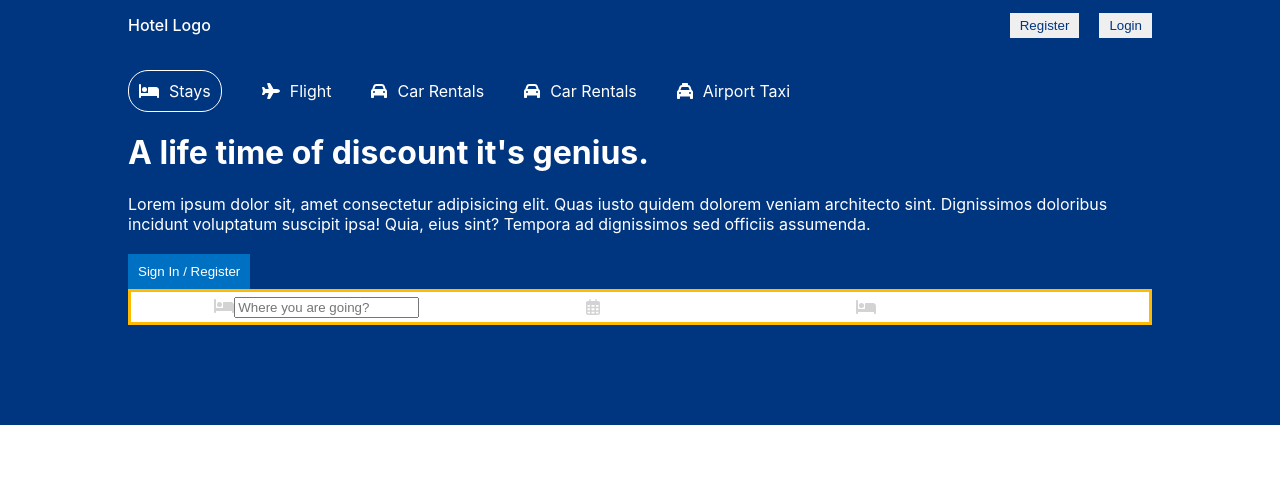
Repository: shikubro90/Booking-App
Page: /
An editor plug-in stored every save of this project. The page is shown before and after a run of saves, followed by the edit.
The browser window is 1280 px wide. The pictures show the whole page.
The project was rebuilt for these pictures with package versions that can differ from the ones it lists, and the page was loaded fresh each time. Also part of the build but not shown: src/App.css, src/pages/Hotels/Hotels.jsx. Imported but missing from the stored project, and not drawn on this page: src/pages/List/List.

Above is the page before, as saved 2022-06-29 00:25:14.

### src/App.js
import './App.css';
import {
  BrowserRouter,
  Routes,
  Route,
} from "react-router-dom";

import Home from './pages/Home/Home';
import List from './pages/List/List';
import Hotels from './pages/Hotels/Hotels';

function App() {
  return (
    <BrowserRouter>
      <Routes>
        <Route path='/' element={<Home/>}/>
        <Route path='hotels' element={<List/>}/>
        <Route path='hotels/:id' element={<Hotels/>}/>
      </Routes>
    </BrowserRouter>
  );
}

export default App;

### src/pages/Home/Home.jsx
import React from 'react';
import Header from '../../components/Header/Header';
import Navbar from '../../components/Navbar/Navbar';

const Home = () => {
    return (
        <div>
            <Navbar/>
            <Header/>
        </div>
    );
};

export default Home;

### src/components/Header/Header.jsx
import { faCalendarDays } from '@fortawesome/free-regular-svg-icons';
import { faBed, faCar, faPlane, faTaxi } from '@fortawesome/free-solid-svg-icons';
import { FontAwesomeIcon } from '@fortawesome/react-fontawesome';
import './Header.css';

const Header = () => {
    return (
        <div className="header">
            <div className="headerContainer">
                <div className="headerList">
                    <div className="headerListItem active">
                        <FontAwesomeIcon icon={faBed} />
                        <span>Stays</span>
                    </div>
                    <div className="headerListItem">
                        <FontAwesomeIcon icon={faPlane} />
                        <span>Flight</span>
                    </div>
                    <div className="headerListItem">
                        <FontAwesomeIcon icon={faCar} />
                        <span>Car Rentals</span>
                    </div>
                    <div className="headerListItem">
                        <FontAwesomeIcon icon={faCar} />
                        <span>Car Rentals</span>
                    </div>
                    <div className="headerListItem">
                        <FontAwesomeIcon icon={faTaxi} />
                        <span>Airport Taxi</span>
                    </div>
                </div>
                {/* End headerListing */}

                <h1 className="headerTitle">
                    A life time of discount it's genius.
                </h1>
                <div className="headerDescription">
                    Lorem ipsum dolor sit, amet consectetur adipisicing elit. Quas iusto quidem dolorem veniam architecto sint. Dignissimos doloribus incidunt voluptatum suscipit ipsa! Quia, eius sint? Tempora ad dignissimos sed officiis assumenda.
                </div>
                <button className='headerButton'>Sign In / Register</button>

                <div className="headerSearch">
                    <div className="headerSearchItem">
                        <FontAwesomeIcon icon={faBed} className="headerIcon" />
                        <input type="text" placeholder='Where you are going?' className='headerSearchInput' />
                    </div>
                    {/* headerSearchItem */}
                    <div className="headerSearchItem">
                        <FontAwesomeIcon icon={faCalendarDays} className="headerIcon" />
                        <span className='headerSearchText'>date to date</span>
                    </div>
                    {/* headerSearchItem */}
                    <div className="headerSearchItem">
                        <FontAwesomeIcon icon={faBed} className="headerIcon" />
                        <span className='headerSearchText'>2 adults 2 children 1room </span>
                    </div>
                    {/* headerSearchItem */}
                </div>
                {/* HeaderSearch */}

            </div>
            {/* End headerContainer */}
        </div>
        // End header
    );
};

export default Header;

### src/components/Navbar/Navbar.jsx
import  './Navbar.css';

const Navbar = () => {
    return (
        <div className='navbar'>
            <div className="navContainer">
                <span className="logo">
                    Hotel Logo
                </span>
                {/* End Logo */}

                <div className="navItems">
                    <button className='navButton'>Register</button>
                    <button className='navButton'>Login</button>
                </div>
            </div>
            {/* End navContainer */}
        </div>
        // End Navbar
    );
};

export default Navbar;

### src/components/Header/Header.css
.header{
    background: #003580;
    color: white;
    display: flex;
    justify-content: center;
}

.headerContainer{
    width: 100%;
    max-width: 1024px;
    margin: 20px 0 100px 0;
}

.headerList{
    display: flex;
    gap: 40px;
    margin-bottom: 20px;
}

.headerListItem{
    display: flex;
    align-items: center;
    gap: 10px;
}

.headerListItem.active{
    border: 1px solid white;
    padding: 10px;
    border-radius: 20px;
}

.headerDescription{
    margin: 20px 0px;
}

.headerButton{
    background: #0071c2;
    color: white;
    border: none;
    padding: 10px;
}

.headerSearch{
    background: white;
    height: 30px;
    border: 3px solid #febb02;
    display: flex;
    align-items: center;
    justify-content: space-around;
}

.headerIcon{
    color: lightgray;
}

### src/components/Navbar/Navbar.css
.navbar{
    height: 50px;
    background-color: #003580;
    display: flex;
    justify-content: center;
}

.navContainer{
    width: 100%;
    max-width: 1024px;
    color: white;
    display: flex;
    align-items: center;
    justify-content: space-between;
}

.logo{
    font-weight: 500;
}

.navButton{
    margin-left: 20px;
    border: none;
    padding: 5px 10px;
    color: #003580;
    cursor: pointer;
}

Loaded but not shown: public/index.html (common file); src/index.js (common file); src/index.css (common file); src/reportWebVitals.js (common file)

After the next 9 saves:
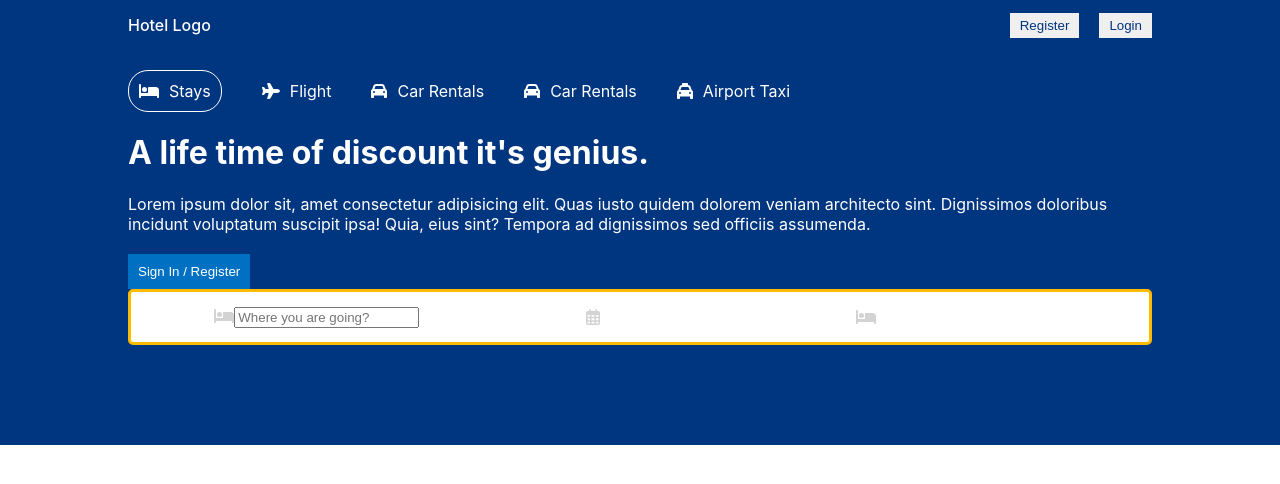
The 9 saves are shown as one change because they came seconds apart.
The last was saved 77 s later.
--- a/src/components/Header/Header.css
+++ b/src/components/Header/Header.css
@@ -47,6 +47,9 @@
     display: flex;
     align-items: center;
     justify-content: space-around;
+    padding: 10px 0;
+    border-radius: 5px;
+
 }
 
 .headerIcon{
